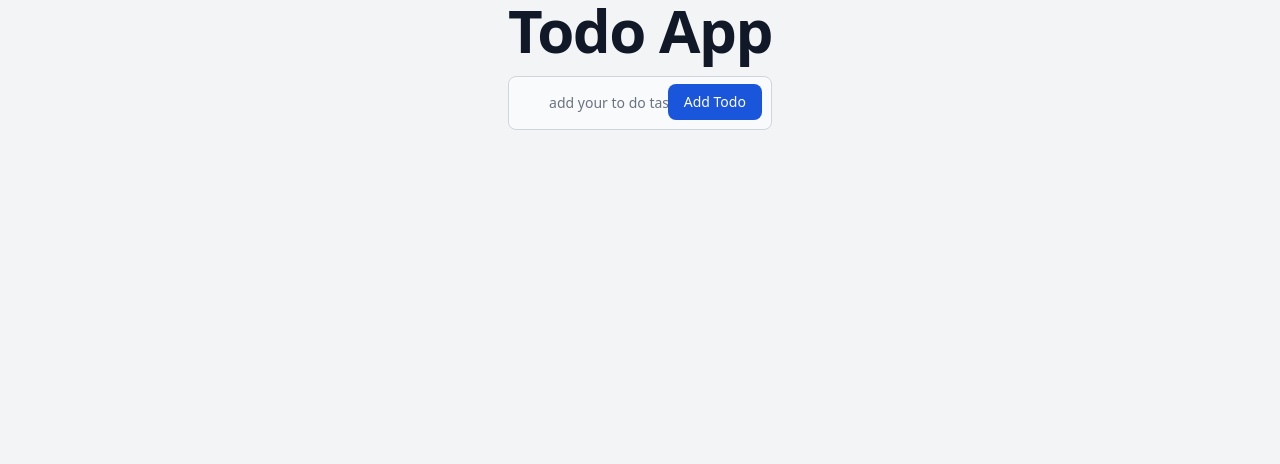
Repository: sodmaq/Todo-App
Page: /
The author's editor kept a copy of each file at every save. The page is drawn from the files as they stood at one save, then again after the next save.
The browser window is 1280 px wide. The pictures show the whole page.
The project was rebuilt for these pictures with package versions that can differ from the ones it lists, and the page was loaded fresh each time. Also part of the build but not shown: vite.config.js, src/components/TodoItem.jsx.

Above is the page before, as saved 2024-09-03 18:21:27.

### src/App.jsx
import { useState } from "react";
import Header from "./components/Header";
import TodoInput from "./components/TodoInput";
import TodoList from "./components/TodoList";
import { v4 as uuidv4 } from "uuid"; // For generating unique IDs

function App() {
  const [todos, setTodos] = useState([]);

  const addTodo = (text) => {
    const newTodo = { id: uuidv4(), text, completed: false };
    setTodos([...todos, newTodo]);
  };

  const toggleComplete = (id) => {
    setTodos(
      todos.map((todo) =>
        todo.id === id ? { ...todo, completed: !todo.completed } : todo
      )
    );
  };

  const editTodo = (id, newText) => {
    setTodos(
      todos.map((todo) => (todo.id === id ? { ...todo, text: newText } : todo))
    );
  };

  const deleteTodo = (id) => {
    setTodos(todos.filter((todo) => todo.id !== id));
  };

  return (
    <main className="bg-gray-100 h-screen flex justify-center">
      <div className="max-w-md mx-auto">
        <Header />
        <TodoInput addTodo={addTodo} />
        <TodoList
          todos={todos}
          toggleComplete={toggleComplete}
          deleteTodo={deleteTodo}
          editTodo={editTodo}
        />
      </div>
    </main>
  );
}

export default App;

### src/components/Header.jsx
function Header() {
  return (
    <div>
      <h1 className="mb-4 text-4xl font-extrabold leading-none tracking-tight text-gray-900 md:text-5xl lg:text-6xl dark:text-white text-center">
        Todo App
      </h1>
    </div>
  );
}

export default Header;

### src/components/TodoInput.jsx
import { useState } from "react";

function TodoInput({ addTodo }) {
  const [todo, setTodo] = useState("");

  const handleSubmit = (e) => {
    e.preventDefault();

    if (todo) {
      addTodo(todo);
      setTodo("");
    }
  };

  return (
    <div>
      <form className="max-w-md mx-auto" onSubmit={handleSubmit}>
        <label
          htmlFor="default-search"
          className="mb-2 text-sm font-medium text-gray-900 sr-only dark:text-white"
        >
          add todo
        </label>
        <div className="relative">
          <div className="absolute inset-y-0 left-0 flex items-center pl-3 pointer-events-none">
            <svg
              className="w-4 h-4 text-gray-500 dark:text-gray-400"
              aria-hidden="true"
              xmlns="http://www.w3.org/2000/svg"
              fill="none"
              viewBox="0 0 20 20"
            >
              <path />
            </svg>
          </div>
          <input
            type="search"
            id="default-search"
            className="block w-full p-4 pl-10 text-sm text-gray-900 border border-gray-300 rounded-lg bg-gray-50 focus:ring-blue-500 focus:border-blue-500 dark:bg-gray-700 dark:border-gray-600 dark:placeholder-gray-400 dark:text-white dark:focus:ring-blue-500 dark:focus:border-blue-500"
            placeholder="add your to do task"
            required
            onChange={(e) => setTodo(e.target.value)}
            value={todo}
          />
          <button
            type="submit"
            className="text-white absolute right-2.5 bottom-2.5 bg-blue-700 hover:bg-blue-800 focus:ring-4 focus:outline-none focus:ring-blue-300 font-medium rounded-lg text-sm px-4 py-2 dark:bg-blue-600 dark:hover:bg-blue-700 dark:focus:ring-blue-800"
          >
            Add Todo
          </button>
        </div>
      </form>
    </div>
  );
}

export default TodoInput;

### src/components/TodoList.jsx
import TodoItem from "./TodoItem";
function TodoList({ todos, toggleComplete, deleteTodo, editTodo }) {
  return (
    <div className="max-w-md mx-auto">
      <ul>
        {todos.map((todo) => (
          <TodoItem
            key={todo.id}
            todo={todo}
            toggleComplete={toggleComplete}
            deleteTodo={deleteTodo}
            editTodo={editTodo}
          />
        ))}
      </ul>
    </div>
  );
}

export default TodoList;

### tailwind.config.js
import flowbite from "flowbite/plugin";

/** @type {import('tailwindcss').Config} */
export default {
  content: [
    "./index.html",
    "./src/**/*.{js,ts,jsx,tsx}",
    "./node_modules/flowbite/**/*.js",
  ],
  theme: {
    extend: {},
  },
  plugins: [flowbite],
};

Loaded but not shown: index.html (common file); src/main.jsx (common file); src/index.css (common file)

After the next save:
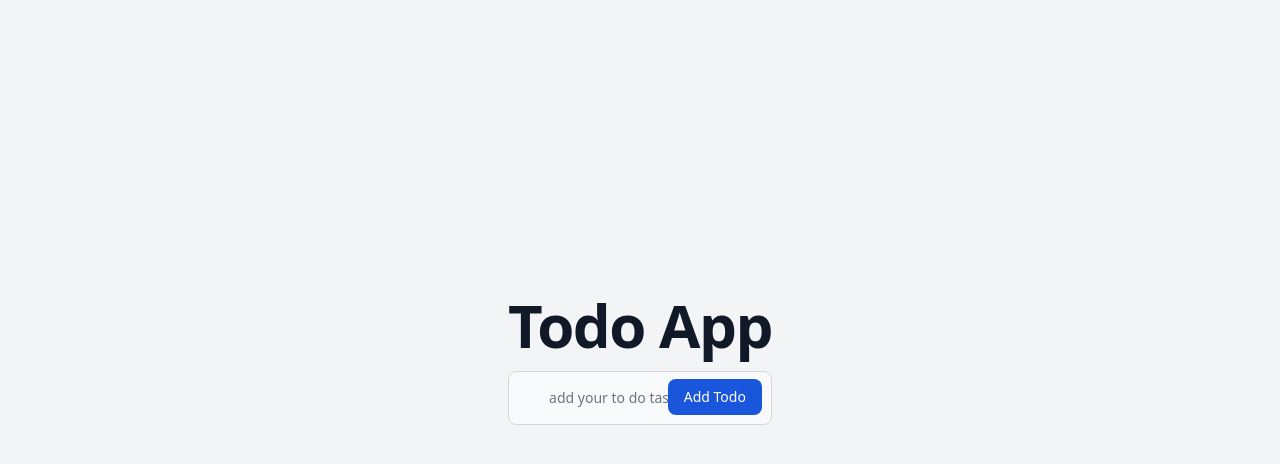
Saved 14 s later.
--- a/src/App.jsx
+++ b/src/App.jsx
@@ -31,7 +31,7 @@
   };
 
   return (
-    <main className="bg-gray-100 h-screen flex justify-center">
+    <main className="bg-gray-100 h-screen flex justify-center items-center">
       <div className="max-w-md mx-auto">
         <Header />
         <TodoInput addTodo={addTodo} />
